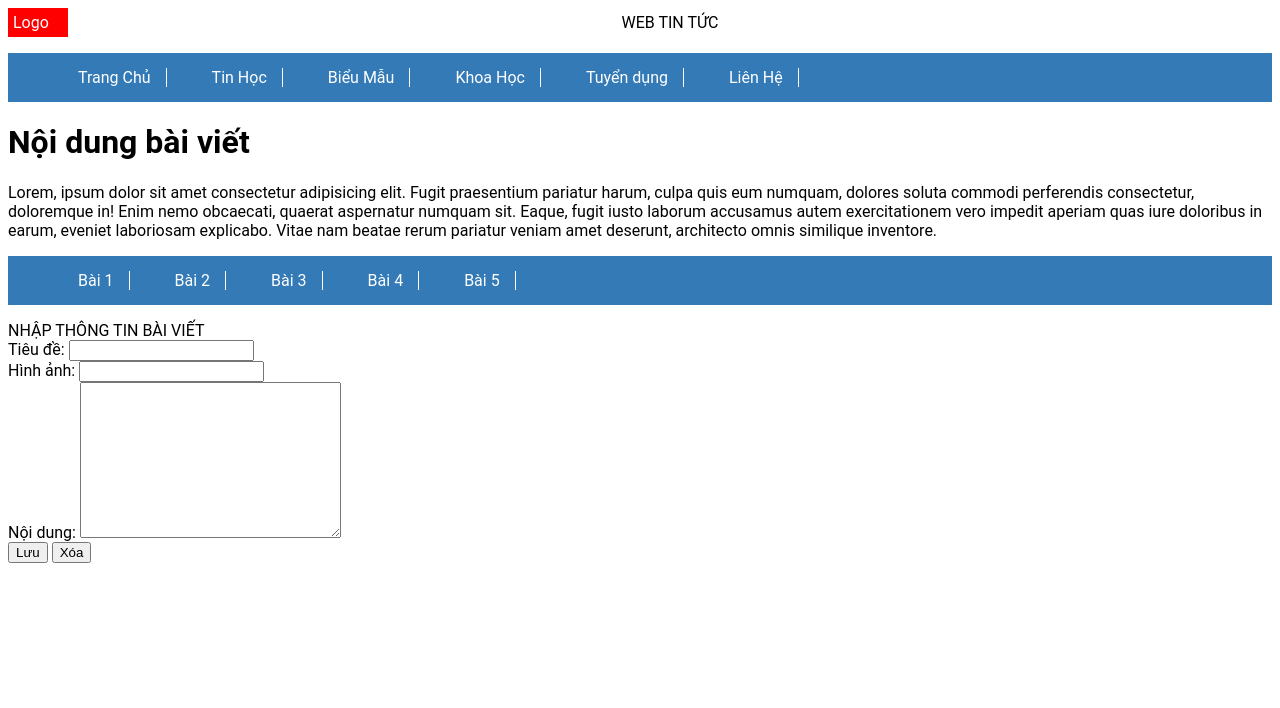
Repository: AnhDuc0125/HTML-Aptech
Page: bt2217/index.html
An editor plug-in stored every save of this project. The page is shown before and after the next save, followed by the edit.
The browser window is 1280 px wide. The pictures show the whole page.

Above is the page before, as saved 2021-12-25 12:43:35.

After the next save:
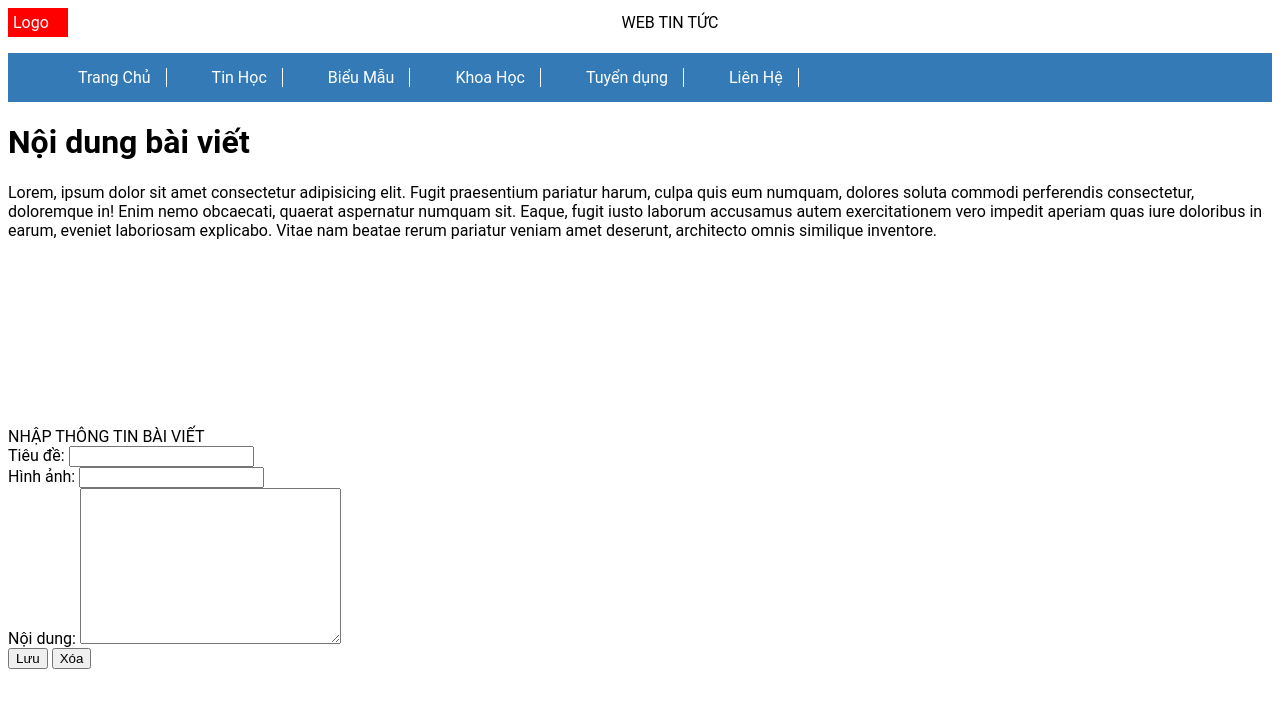
Saved 5 s later.
--- a/bt2217/style.css
+++ b/bt2217/style.css
@@ -18,7 +18,7 @@ body {
     margin: 0 auto;
 }
 
-ul {
+.nav_bar {
     display: flex;
     list-style-type: none;
     background-color: #337ab7;
